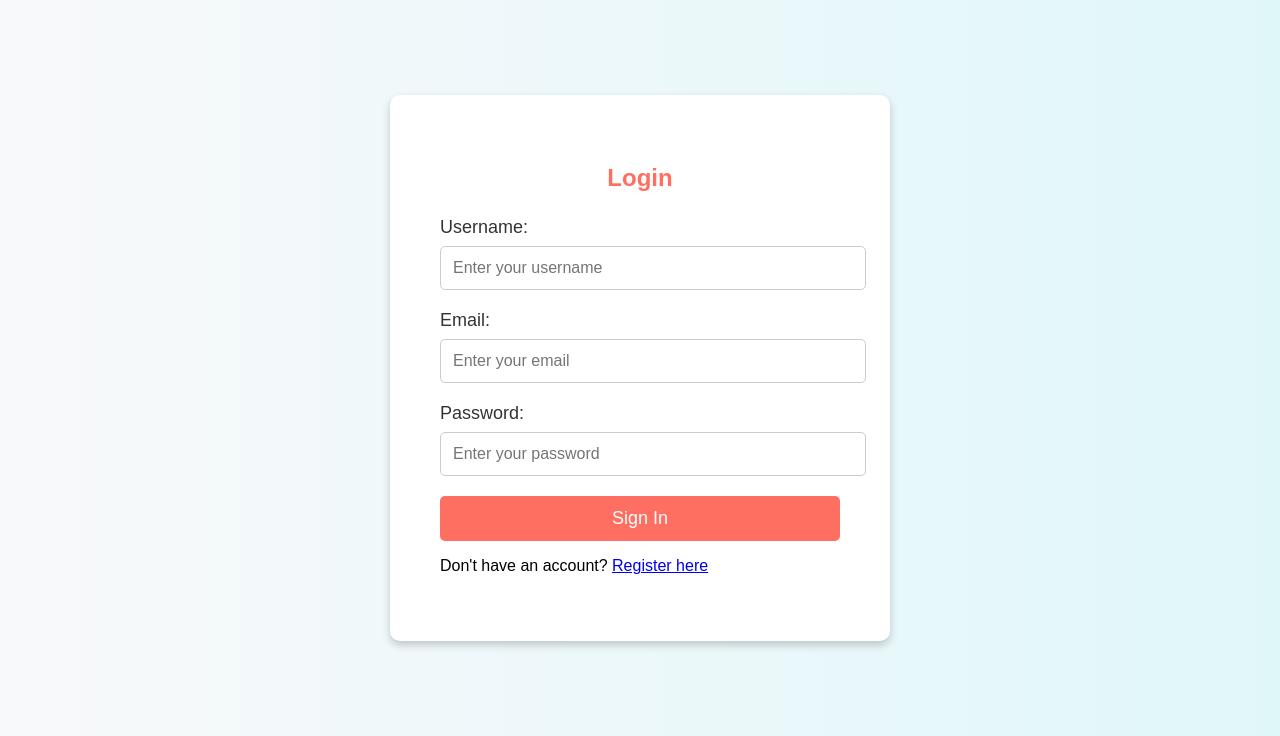
Repository: wmrmweerakoon/Online-Laundry-Management-System
Page: http://localhost/LaundryManagementSystem/Login.jsp
The author's editor kept a copy of each file at every save. The page is drawn from the files as they stood at one save, then again after the next save.
The browser window is 1280 px wide. The pictures show the whole page.
The page is served by Tomcat 9. Other server files are loaded and not shown.

Above is the page before, as saved 2024-10-07 05:14:50.

### Projects/LaundryManagementSystem/src/main/webapp/Login.jsp
<%@ page language="java" contentType="text/html; charset=UTF-8" pageEncoding="UTF-8"%>
<!DOCTYPE html>
<html lang="en">
<head>
    <meta charset="UTF-8">
    <meta name="viewport" content="width=device-width, initial-scale=1.0">
    <title>Login - Online Laundry Management System</title>
    <link rel="stylesheet" href="CSS/Login.css">
</head>
<body>
    <div class="login-container">
        <h2>Login</h2>

        <%-- Display error message if exists --%>
        <div style="text-align: center; margin-bottom: 10px;">
            <%
                String errorMessage = (String) request.getAttribute("errorMessage");
                if (errorMessage != null) {
            %>
                <div style="color: red; font-weight: bold;">
                    <%= errorMessage %>
                </div>
            <%
                }
            %>
        </div>

        <form id="loginForm" action="LoginServlet" method="POST" onsubmit="return validateForm()">
            <div class="form-group">
                <label for="username">Username:</label>
                <input type="text" id="username" name="username" placeholder="Enter your username">
                <span class="error" id="usernameError"></span>
            </div>
            <div class="form-group">
                <label for="email">Email:</label>
                <input type="email" id="email" name="email" placeholder="Enter your email">
                <span class="error" id="emailError"></span>
            </div>
            <div class="form-group">
                <label for="password">Password:</label>
                <input type="password" id="password" name="password" placeholder="Enter your password">
                <span class="error" id="passwordError"></span>
            </div>
            <button type="submit">Sign In</button>
        </form>
        <p>Don't have an account? <a href="Register.jsp">Register here</a></p>
    </div>

    <script>
        function validateForm() {
            let isValid = true;

            // Get form fields
            const username = document.getElementById('username').value.trim();
            const email = document.getElementById('email').value.trim();
            const password = document.getElementById('password').value.trim();

            // Get error message spans
            const usernameError = document.getElementById('usernameError');
            const emailError = document.getElementById('emailError');
            const passwordError = document.getElementById('passwordError');

            // Clear previous error messages
            usernameError.textContent = '';
            emailError.textContent = '';
            passwordError.textContent = '';

            // Username validation
            if (username === '') {
                usernameError.textContent = 'Username is required.';
                isValid = false;
            }

            // Email validation
            const emailPattern = /^[^ ]+@[^ ]+\.[a-z]{2,3}$/;
            if (email === '') {
                emailError.textContent = 'Email is required.';
                isValid = false;
            } else if (!email.match(emailPattern)) {
                emailError.textContent = 'Enter a valid email address.';
                isValid = false;
            }

            // Password validation
            if (password === '') {
                passwordError.textContent = 'Password is required.';
                isValid = false;
            }

            return isValid;
        }
    </script>
</body>
</html>

### Projects/LaundryManagementSystem/src/main/webapp/CSS/Login.css
body {
    font-family: 'Arial', sans-serif;
    background: linear-gradient(to right, #f8f9fa, #e0f7fa);
    display: flex;
    justify-content: center;
    align-items: center;
    height: 100vh;
}

.login-container {
    background-color: #fff;
    padding: 50px;
    border-radius: 10px;
    box-shadow: 0 4px 8px rgba(0, 0, 0, 0.2);
    width: 400px;
}

h2 {
    text-align: center;
    color: #ff6f61;
    margin-bottom: 25px;
}

.form-group {
    margin-bottom: 20px;
}

label {
    font-size: 18px;
    color: #333;
}

input[type="text"],
input[type="email"],
input[type="password"] {
    width: 100%;
    padding: 12px;
    margin-top: 8px;
    border: 1px solid #ccc;
    border-radius: 5px;
    font-size: 16px;
}

button {
    width: 100%;
    padding: 12px;
    background-color: #ff6f61;
    color: #fff;
    border: none;
    border-radius: 5px;
    font-size: 18px;
    cursor: pointer;
}

button:hover {
    background-color: #ff4824;
}

.error {
    color: red;
    font-size: 14px;
    margin-top: 5px;
}
button {
    background-color: #ff6f61 !important; /* Button background color */
}

After the next save:
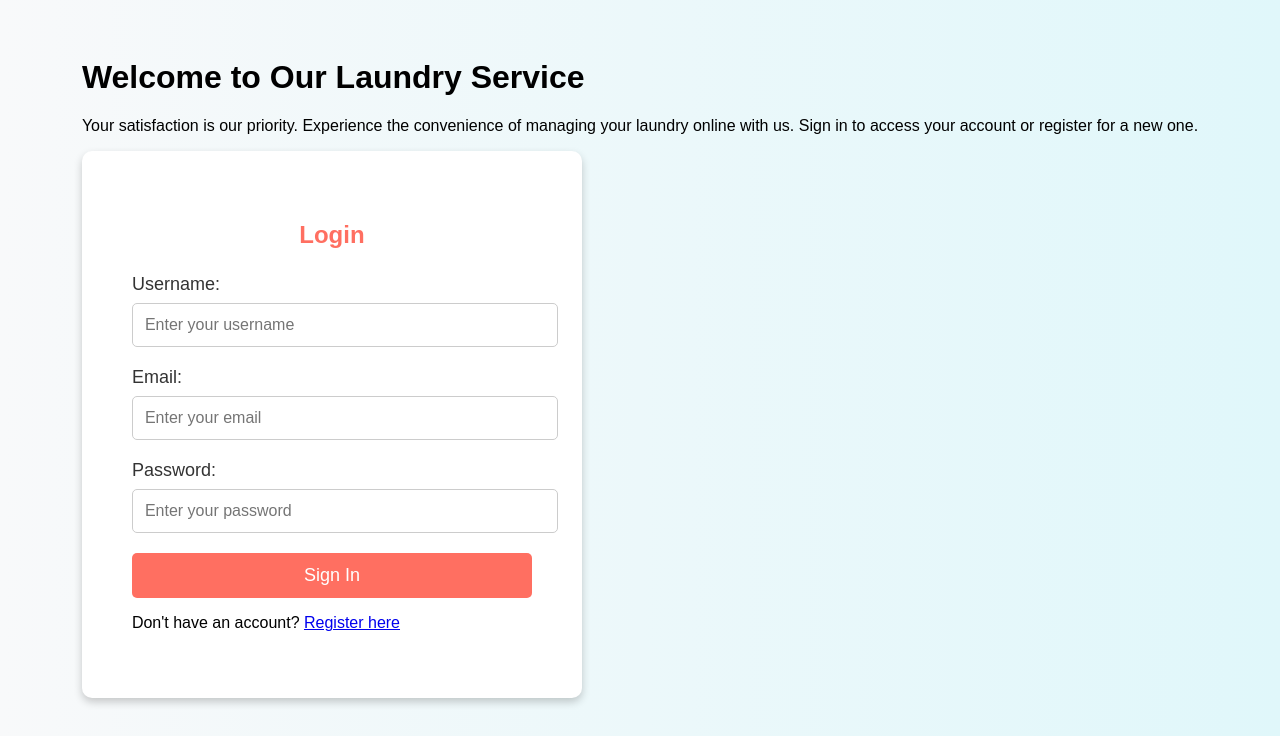
Saved 2 h 34 min later.
--- a/Projects/LaundryManagementSystem/src/main/webapp/Login.jsp
+++ b/Projects/LaundryManagementSystem/src/main/webapp/Login.jsp
@@ -8,42 +8,50 @@
     <link rel="stylesheet" href="CSS/Login.css">
 </head>
 <body>
-    <div class="login-container">
-        <h2>Login</h2>
+    <div class="login-background">
+        <div class="content-container">
+            <div class="text-content">
+                <h1>Welcome to Our Laundry Service</h1>
+                <p>Your satisfaction is our priority. Experience the convenience of managing your laundry online with us. Sign in to access your account or register for a new one.</p>
+            </div>
+            <div class="login-container">
+                <h2>Login</h2>
 
-        <%-- Display error message if exists --%>
-        <div style="text-align: center; margin-bottom: 10px;">
-            <%
-                String errorMessage = (String) request.getAttribute("errorMessage");
-                if (errorMessage != null) {
-            %>
-                <div style="color: red; font-weight: bold;">
-                    <%= errorMessage %>
+                <%-- Display error message if exists --%>
+                <div style="text-align: center; margin-bottom: 10px;">
+                    <%
+                        String errorMessage = (String) request.getAttribute("errorMessage");
+                        if (errorMessage != null) {
+                    %>
+                        <div style="color: red; font-weight: bold;">
+                            <%= errorMessage %>
+                        </div>
+                    <%
+                        }
+                    %>
                 </div>
-            <%
-                }
-            %>
+
+                <form id="loginForm" action="LoginServlet" method="POST" onsubmit="return validateForm()">
+                    <div class="form-group">
+                        <label for="username">Username:</label>
+                        <input type="text" id="username" name="username" placeholder="Enter your username">
+                        <span class="error" id="usernameError"></span>
+                    </div>
+                    <div class="form-group">
+                        <label for="email">Email:</label>
+                        <input type="email" id="email" name="email" placeholder="Enter your email">
+                        <span class="error" id="emailError"></span>
+                    </div>
+                    <div class="form-group">
+                        <label for="password">Password:</label>
+                        <input type="password" id="password" name="password" placeholder="Enter your password">
+                        <span class="error" id="passwordError"></span>
+                    </div>
+                    <button type="submit">Sign In</button>
+                </form>
+                <p>Don't have an account? <a href="Register.jsp">Register here</a></p>
+            </div>
         </div>
-
-        <form id="loginForm" action="LoginServlet" method="POST" onsubmit="return validateForm()">
-            <div class="form-group">
-                <label for="username">Username:</label>
-                <input type="text" id="username" name="username" placeholder="Enter your username">
-                <span class="error" id="usernameError"></span>
-            </div>
-            <div class="form-group">
-                <label for="email">Email:</label>
-                <input type="email" id="email" name="email" placeholder="Enter your email">
-                <span class="error" id="emailError"></span>
-            </div>
-            <div class="form-group">
-                <label for="password">Password:</label>
-                <input type="password" id="password" name="password" placeholder="Enter your password">
-                <span class="error" id="passwordError"></span>
-            </div>
-            <button type="submit">Sign In</button>
-        </form>
-        <p>Don't have an account? <a href="Register.jsp">Register here</a></p>
     </div>
 
     <script>
